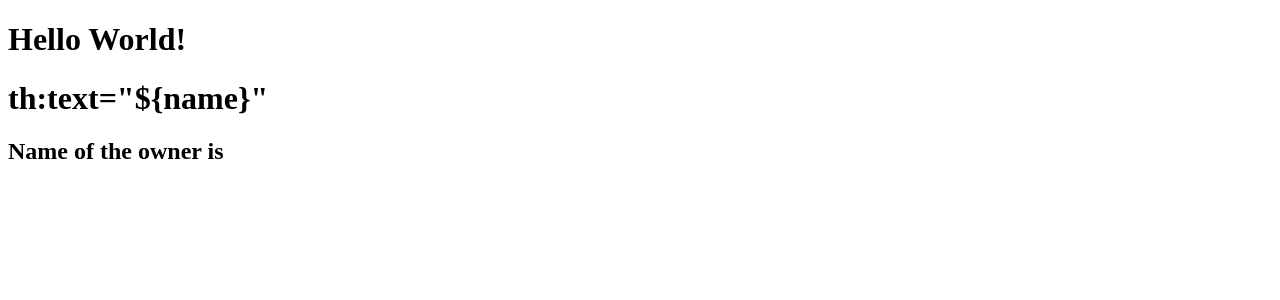
Repository: priyank-7/Spring-Tutorials
Page: thymeleafPractial/src/main/resources/templates-2/about.html
An editor plug-in stored every save of this project. The page is shown before and after the next save, followed by the edit.
The browser window is 1280 px wide. The pictures show the whole page.

Above is the page before, as saved 2023-05-28 04:23:56.

### thymeleafPractial/src/main/resources/templates-2/about.html
<!doctype html>
<html xmlns:th="http://www.thymeleaf.org">
<head>
	<meta charset="UTF-8" />
	<title>Document</title>
</head>
<body>
	<h1>Hello World!</h1>
	<h1>th:text="${name}" </h1>
	<h2>Name of the owner is </h2>
</body>
</html>

After the next save:
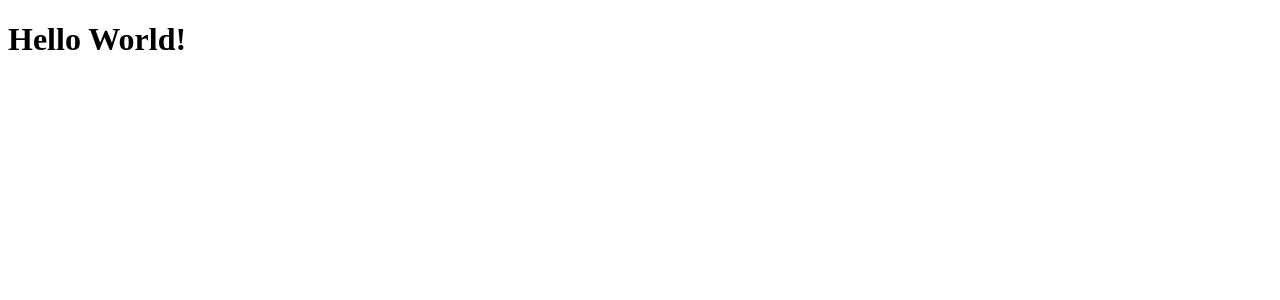
Saved 57 s later.
--- a/thymeleafPractial/src/main/resources/templates-2/about.html
+++ b/thymeleafPractial/src/main/resources/templates-2/about.html
@@ -6,7 +6,5 @@
 </head>
 <body>
 	<h1>Hello World!</h1>
-	<h1>th:text="${name}" </h1>
-	<h2>Name of the owner is </h2>
 </body>
 </html>
